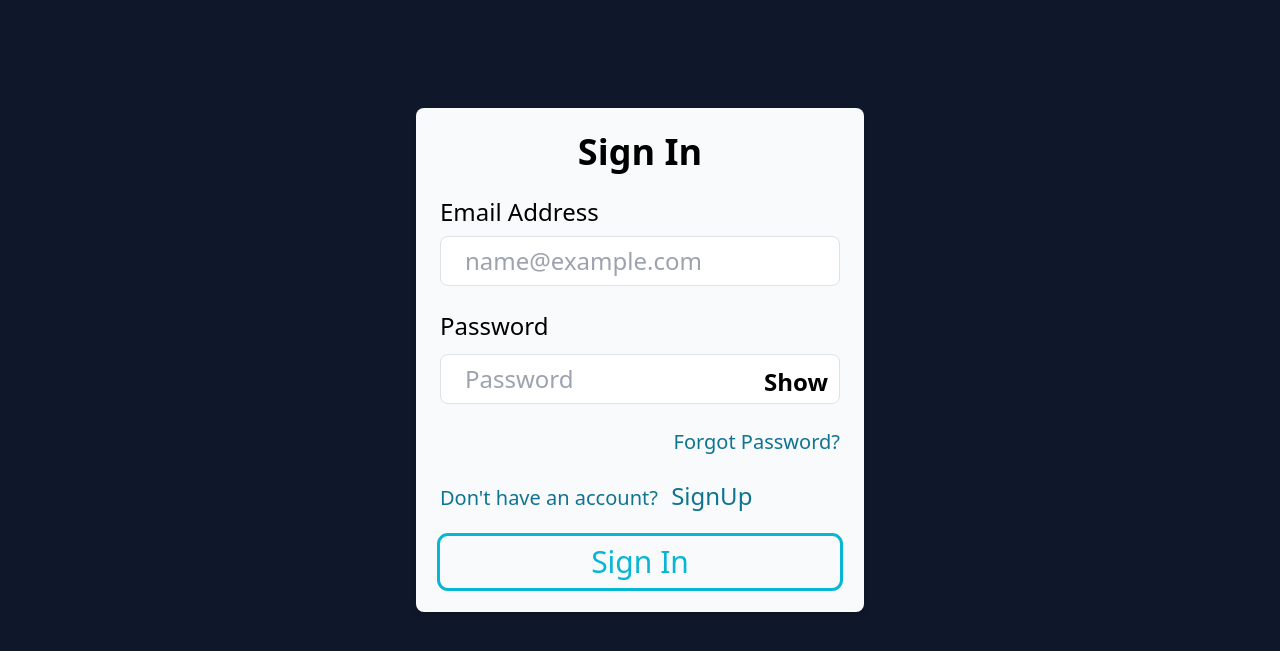
Repository: sayyad-mukthumsa-123/Movie-Verse
Page: /login (app in frontend/)
These files come from the project's save history. The page is drawn as it stood at one moment and after the next save; the edit follows.
The browser window is 1280 px wide. The pictures show the whole page.
The page's requests for data from a server got no answer. The project was rebuilt for these pictures with package versions that can differ from the ones it lists, and the page was loaded fresh each time. No one was signed in, and anything a server would have sent is missing. Also part of the build but not shown: frontend/src/pages/Welcome.jsx, frontend/src/components/Logout.jsx, frontend/src/components/Navbar.jsx, frontend/src/components/Cards.jsx, frontend/src/pages/Home.jsx, frontend/src/components/AvatarSelection.jsx, frontend/src/pages/SignUp.jsx, frontend/src/pages/MovieRecommendations.jsx and 17 more.

Above is the page before, as saved 2025-02-18 22:53:28.

### frontend/public/index.html
<!DOCTYPE html>
<html lang="en">

<head>
  <meta charset="utf-8" />
  <link rel="icon" href="%PUBLIC_URL%/favicon.ico" />
  <meta name="viewport" content="width=device-width, initial-scale=1" />
  <meta name="theme-color" content="#000000" />
  <meta name="description" content="Web site created using create-react-app" />
  <link rel="apple-touch-icon" href="%PUBLIC_URL%/logo192.png" />
  <!--
      manifest.json provides metadata used when your web app is installed on a
      user's mobile device or desktop. See https://developers.google.com/web/fundamentals/web-app-manifest/
    -->
  <link rel="manifest" href="%PUBLIC_URL%/manifest.json" />
  <link rel="stylesheet" href="https://cdn.jsdelivr.net/npm/bootstrap@5.3.2/dist/css/bootstrap.min.css"
    integrity="sha384-T3c6CoIi6uLrA9TneNEoa7RxnatzjcDSCmG1MXxSR1GAsXEV/Dwwykc2MPK8M2HN" crossorigin="anonymous" />
  <!--
      Notice the use of %PUBLIC_URL% in the tags above.
      It will be replaced with the URL of the `public` folder during the build.
      Only files inside the `public` folder can be referenced from the HTML.

      Unlike "/favicon.ico" or "favicon.ico", "%PUBLIC_URL%/favicon.ico" will
      work correctly both with client-side routing and a non-root public URL.
      Learn how to configure a non-root public URL by running `npm run build`.
    -->
  <title>MovieVerse</title>
</head>

<body>
  <noscript>You need to enable JavaScript to run this app.</noscript>
  <div id="root"></div>
  <!--
      This HTML file is a template.
      If you open it directly in the browser, you will see an empty page.

      You can add webfonts, meta tags, or analytics to this file.
      The build step will place the bundled scripts into the <body> tag.

      To begin the development, run `npm start` or `yarn start`.
      To create a production bundle, use `npm run build` or `yarn build`.
    -->
</body>

</html>

### frontend/src/index.css
/* body {
  margin: 0;
  font-family: -apple-system, BlinkMacSystemFont, 'Segoe UI', 'Roboto', 'Oxygen',
    'Ubuntu', 'Cantarell', 'Fira Sans', 'Droid Sans', 'Helvetica Neue',
    sans-serif;
  -webkit-font-smoothing: antialiased;
  -moz-osx-font-smoothing: grayscale;
}

code {
  font-family: source-code-pro, Menlo, Monaco, Consolas, 'Courier New',
    monospace;
} */


/* @tailwind base;
@tailwind components;
@tailwind utilities; */


/* @import "tailwindcss/base";
@import "tailwindcss/components";
@import "tailwindcss/utilities"; */


/* src/index.css */
@tailwind base;
@tailwind components;
@tailwind utilities;

### frontend/src/App.js
import { BrowserRouter, Route, Routes } from "react-router-dom";
import Welcome from "./pages/Welcome";
import Home from "./pages/Home";
import SignIn from "./pages/SignIn";
import SignUp from "./pages/SignUp";
import Details from "./pages/MovieDetail";
import MovieSearch from "./pages/MovieSearch";
import PopularMovies from "./pages/PopularMovies";
import TrendingMovies from "./pages/TrendingMovies";
import DirectorSearch from "./pages/DirectorSearch";
import HeroSearch from "./pages/HeroSearch";
import HeroineSearch from "./pages/HeroineSearch";
import Search from "./pages/Search";
import GenreSearch from "./pages/GenreSearch";
import LangSearch from "./pages/LangSearch";
import ProtectedRoute from "./components/ProtectedRoute"; // Import ProtectedRoute
import ProfilePage from "./pages/ProfilePage"; // ProfilePage component
import UpdateProfile from "./pages/UpdateProfile";
import ResetPassword from "./components/ResetPassword";
import ReviewRating from "./pages/ReviewRating";
import ContactUs from "./pages/ContactUs";
import MovieDetail from "./pages/MovieDetail";


const App = () => {
  return (
    <div className="App">

      <BrowserRouter>
        <Routes>

          <Route path="/" element={<Welcome />} />
          <Route path="/register" element={<SignUp />} />
          <Route path="/login" element={<SignIn />} />


          <Route
            path="/home_login"
            element={
              <ProtectedRoute>
                <Home />
              </ProtectedRoute>
            }
          />
          <Route
            path="/details"
            element={
              <ProtectedRoute>
                <Details />
              </ProtectedRoute>
            }
          />
          <Route
            path="/popular"
            element={
              <ProtectedRoute>
                <PopularMovies />
              </ProtectedRoute>
            }
          />
          <Route
            path="/trending"
            element={
              <ProtectedRoute>
                <TrendingMovies />
              </ProtectedRoute>
            }
          />
          <Route
            path="/search/movie"
            element={
              <ProtectedRoute>
                <MovieSearch />
              </ProtectedRoute>
            }
          />
          <Route
            path="/search/director"
            element={
              <ProtectedRoute>
                <DirectorSearch />
              </ProtectedRoute>
            }
          />
          <Route
            path="/search/hero"
            element={
              <ProtectedRoute>
                <HeroSearch />
              </ProtectedRoute>
            }
          />
          <Route
            path="/search/heroine"
            element={
              <ProtectedRoute>
                <HeroineSearch />
              </ProtectedRoute>
            }
          />
          <Route
            path="/search/genre"
            element={
              <ProtectedRoute>
                <GenreSearch />
              </ProtectedRoute>
            }
          />
          <Route
            path="/search/lang"
            element={
              <ProtectedRoute>
                <LangSearch />
              </ProtectedRoute>
            }
          />
          <Route
            path="/search"
            element={
              <ProtectedRoute>
                <Search />
              </ProtectedRoute>
            }
          />
          <Route
            path="/movie/:id"
            element={
              <ProtectedRoute>
                <Details />
              </ProtectedRoute>
            }
          />
          <Route path="api/profile/:email" element={
            <ProtectedRoute>
              <ProfilePage />
            </ProtectedRoute>}
          />
          <Route path="/update-profile/:email" element={
            <ProtectedRoute>
              <UpdateProfile />
            </ProtectedRoute>}
          />
          <Route path="/profile/:email" element={
            <ProtectedRoute><ProfilePage />
            </ProtectedRoute>} />
          <Route path="/reset-password/:email" element={

            <ResetPassword />

          }
          />


          {/* Movie review and rating route */}

          <Route path="/movie/:movieId/review-rating" element={
            <ProtectedRoute><ReviewRating />
            </ProtectedRoute>} />



          <Route path="/contact" element={
            <ProtectedRoute><ContactUs />
            </ProtectedRoute>} />

        </Routes>

      </BrowserRouter>
    </div>
  );
};

export default App;

### frontend/src/pages/SignIn.jsx
import React, { useEffect, useState } from "react";
import { Link, useNavigate } from "react-router-dom";
import { ToastContainer, toast } from "react-toastify";
import "react-toastify/dist/ReactToastify.css";

const SignIn = () => {
  const [email, setEmail] = useState("");
  const [password, setPassword] = useState("");
  const [passwordVisible, setPasswordVisible] = useState(false);
  const navigate = useNavigate();

  useEffect(() => {
    const token = localStorage.getItem("token");
    if (token) {
      navigate("/home_login"); // Redirect if already logged in
    }
  }, [navigate]);

  const togglePasswordVisibility = () => {
    setPasswordVisible(!passwordVisible);
  };

  const handleSubmit = async (event) => {
    event.preventDefault();

    if (!email || !password) {
      toast.error("Please fill in all fields.");
      return;
    }

    if (!/\S+@\S+\.\S+/.test(email)) {
      toast.error("Please provide a valid email.");
      return;
    }

    try {
      const response = await fetch("http://localhost:5000/login", {
        method: "POST",
        headers: {
          "Content-Type": "application/json",
        },
        body: JSON.stringify({ Email: email, Password: password }),
      });

      const data = await response.json();

      if (response.ok) {
        localStorage.setItem("token", data.token);
        localStorage.setItem("email", email); // Store email after successful sign-in
        toast.success("Sign in successful!");
        setTimeout(() => {
          navigate("/home_login");
        }, 2000);

      } else {
        toast.error(data.msg || "Invalid email or password.");
      }
    } catch (error) {
      toast.error("An error occurred. Please try again later.");
      console.error("Error:", error);
    }
  };

  const handleForgotPassword = () => {
    if (!email) {
      toast.error("Please enter your email to reset the password.");
      return;
    }
    navigate(`/reset-password/${email}`);
  };

  return (
    <div className="flex items-center justify-center min-h-screen bg-slate-900">
      <div className="w-full max-w-md bg-slate-50 text-black rounded-lg shadow-md p-6">
        <h1 className="text-4xl font-bold  text-center mb-6">Sign In</h1>
        <form onSubmit={handleSubmit}>
          <div className="mb-4">
            <label htmlFor="email" className="block text-2xl mb-2 font-medium ">
              Email Address
            </label>
            <input
              type="email"
              id="email"
              className="w-full px-4 py-2 text-black border rounded-lg focus:outline text-2xl"
              placeholder="name@example.com"
              value={email}
              onChange={(e) => setEmail(e.target.value)}
            />
          </div>
          <div className="mb-4 relative">
            <label htmlFor="password" className="block  mb-2 font-medium  text-2xl">
              Password
            </label>
            <input
              type={passwordVisible ? "text" : "password"}
              id="password"
              className="mt-1 w-full px-4 py-2 text-black border rounded-lg focus:outline text-2xl"
              placeholder="Password"
              value={password}
              onChange={(e) => setPassword(e.target.value)}
            />
            <button
              type="button"
              className="absolute text-black top-14 right-3 text-2xl font-semibold  focus:outline-none"
              onClick={togglePasswordVisibility}
            >
              {passwordVisible ? "Hide" : "Show"}
            </button>
          </div>
          <div className="text-sm text-right mb-4">
            <button
              type="button"
              className="text-cyan-700 text-xl hover:underline focus:outline-none hover:scale-105 transition-transform"
              onClick={handleForgotPassword}
            >
              Forgot Password?
            </button>
          </div>
          <div className="text-xl mb-4 text-cyan-700">
            Don't have an account?{" "}
            <Link to="/register" className="inline-block mx-2 text-cyan-700 hover:underline hover:scale-105 transition-transform text-2xl">
              SignUp
            </Link>
          </div>
          <button
            type="submit"
            //className="w-full scale-95 bg-white text-3xl text-cyan-500 outline py-2 px-4 rounded-lg hover:bg-cyan-700  hover:outline focus:outline-none hover:scale-100 transition-transform"
            className="w-full   text-3xl text-cyan-500 py-2 px-4 rounded-lg hover:bg-cyan-700 hover:text-white  transition-transform outline focus:outline-none"

          >
            Sign In
          </button>
        </form>
      </div>
      <ToastContainer />
    </div>
  );
};

export default SignIn;

### frontend/tailwind.config.js
module.exports = {
  content: [
    "./src/**/*.{js,jsx,ts,tsx}", // Include all source files in the frontend
  ],
  theme: {
    extend: {},
  },
  plugins: [],
};

Loaded but not shown: frontend/src/index.js (common file); frontend/src/reportWebVitals.js (common file)

After the next save:
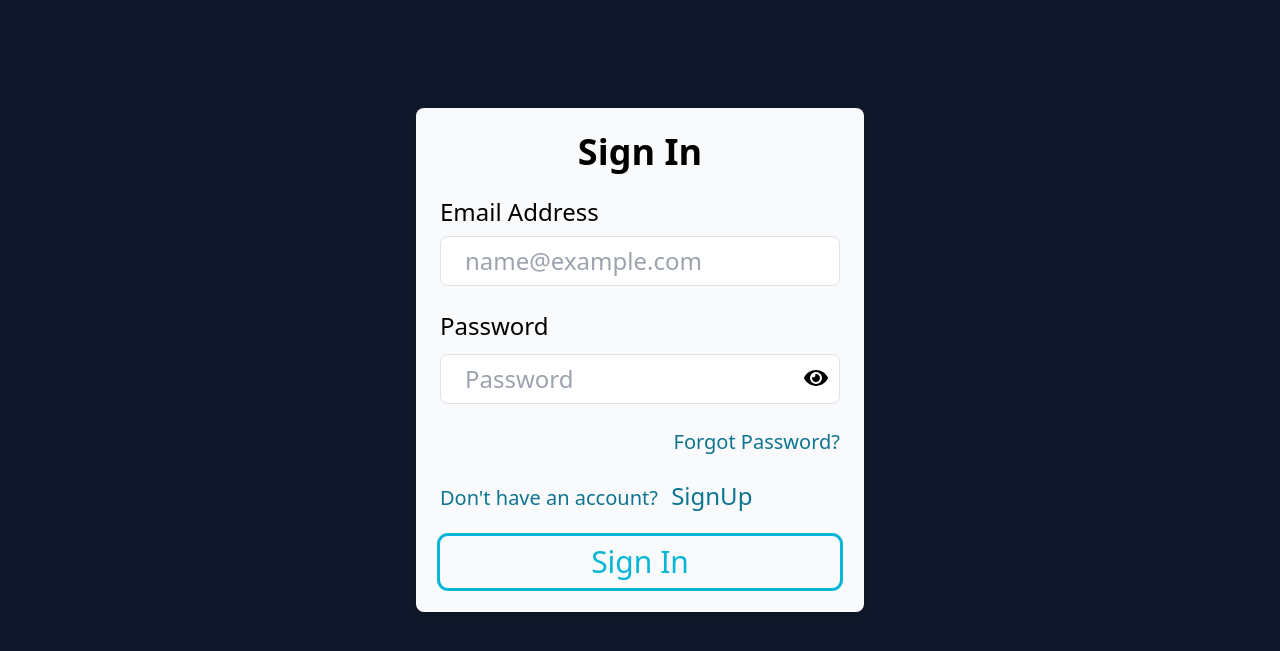
Saved 94 s later.
--- a/frontend/src/pages/SignIn.jsx
+++ b/frontend/src/pages/SignIn.jsx
@@ -1,6 +1,7 @@
 import React, { useEffect, useState } from "react";
 import { Link, useNavigate } from "react-router-dom";
 import { ToastContainer, toast } from "react-toastify";
+import { FaEye, FaEyeSlash } from "react-icons/fa";
 import "react-toastify/dist/ReactToastify.css";
 
 const SignIn = () => {
@@ -104,7 +105,7 @@
               className="absolute text-black top-14 right-3 text-2xl font-semibold  focus:outline-none"
               onClick={togglePasswordVisibility}
             >
-              {passwordVisible ? "Hide" : "Show"}
+              {passwordVisible ? <FaEyeSlash /> : <FaEye />}
             </button>
           </div>
           <div className="text-sm text-right mb-4">
